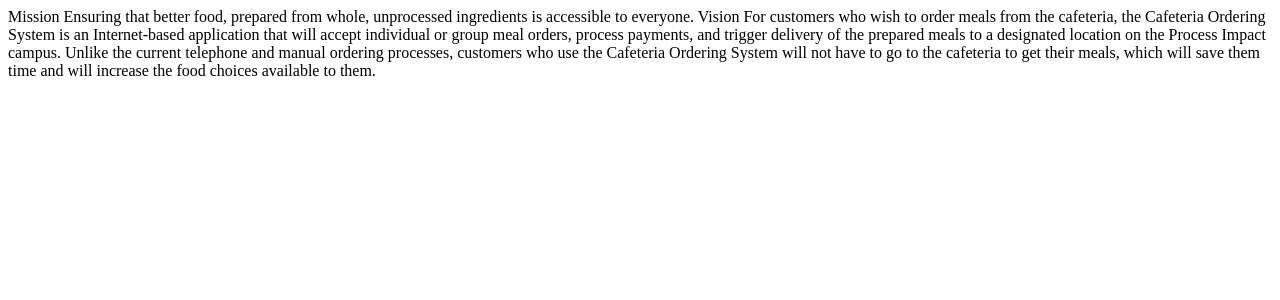
Repository: OsamaRaees/Trivia
Page: http://localhost/Trivia/Mission.jsp
The author's editor kept a copy of each file at every save. The page is drawn from the files as they stood at one save, then again after the next save.
The browser window is 1280 px wide. The pictures show the whole page.
The page is served by Tomcat 9. Other server files are loaded and not shown.

Above is the page before, as saved 2019-04-05 04:50:08.

### Trivia/WebContent/Mission.jsp
<%@ page language="java" contentType="text/html; charset=ISO-8859-1"
    pageEncoding="ISO-8859-1"%>
<!DOCTYPE html>
<html>
<head>
<meta charset="ISO-8859-1">
<title>Insert title here</title>
</head>
<body>
Mission
Ensuring that better food, prepared from whole, unprocessed ingredients is accessible to everyone.
Vision
For customers who wish to order meals from the cafeteria, the Cafeteria Ordering System is an Internet-based application that will accept individual or group meal orders, process payments, and trigger delivery of the prepared meals to a designated location on the Process Impact campus. Unlike the current telephone and manual ordering processes, customers who use the Cafeteria Ordering System will not have to go to the cafeteria to get their meals, which will save them time and will increase the food choices available to them.

</body>
</html>

After the next save:
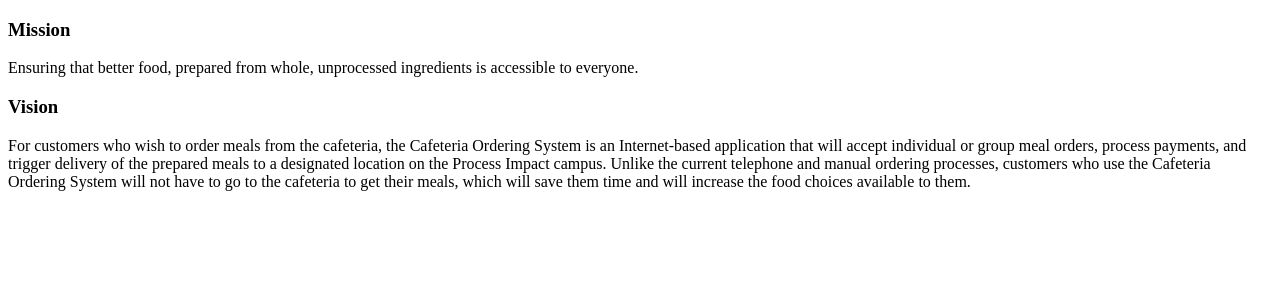
Saved 24 s later.
--- a/Trivia/WebContent/Mission.jsp
+++ b/Trivia/WebContent/Mission.jsp
@@ -7,9 +7,9 @@
 <title>Insert title here</title>
 </head>
 <body>
-Mission
+<h3>Mission</h3>
 Ensuring that better food, prepared from whole, unprocessed ingredients is accessible to everyone.
-Vision
+<h3>Vision</h3>
 For customers who wish to order meals from the cafeteria, the Cafeteria Ordering System is an Internet-based application that will accept individual or group meal orders, process payments, and trigger delivery of the prepared meals to a designated location on the Process Impact campus. Unlike the current telephone and manual ordering processes, customers who use the Cafeteria Ordering System will not have to go to the cafeteria to get their meals, which will save them time and will increase the food choices available to them.
 
 </body>
